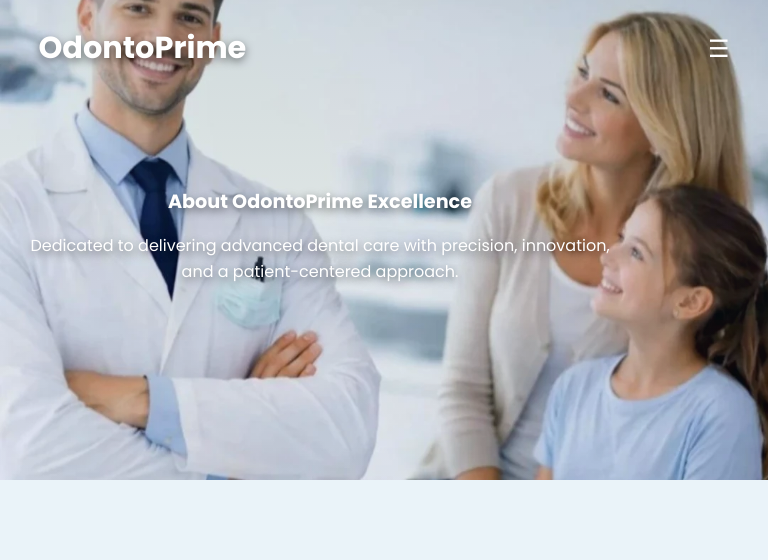
Repository: davidfsillva/OdontoPrime
Page: about.html
The author's editor kept a copy of each file at every save. The page is drawn from the files as they stood at one save, then again after the next save.
The browser window is 768 px wide. The pictures show the part of the page from y = 0 to 560 px (the page is 3915 px tall).
A picture or video elsewhere on the page could not be fetched, so the positions and the page height are approximate.

Above is the page before, as saved 2026-02-16 21:20:59.

After the next save:
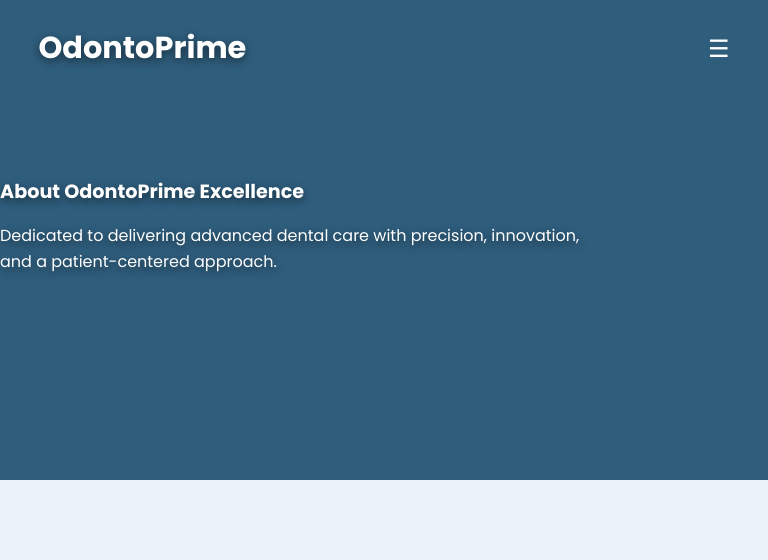
Saved 8 s later.
--- a/style.css
+++ b/style.css
@@ -447,18 +447,7 @@ footer{
     }
 
     /* HERO */
-    .hero {
-        flex-direction: column;
-        justify-content: center;
-        align-items: center;
-        text-align: center;
-        padding: 20px 20px 0;
-        background:
-            linear-gradient(to top,
-            rgba(47, 93, 124, 0.048),
-            rgba(47, 93, 124, 0.2)),
-            url('img/hero-mobile.webp') center/cover no-repeat;
-    }
+
 
     .hero h1 {
         font-size: 1.2rem;
